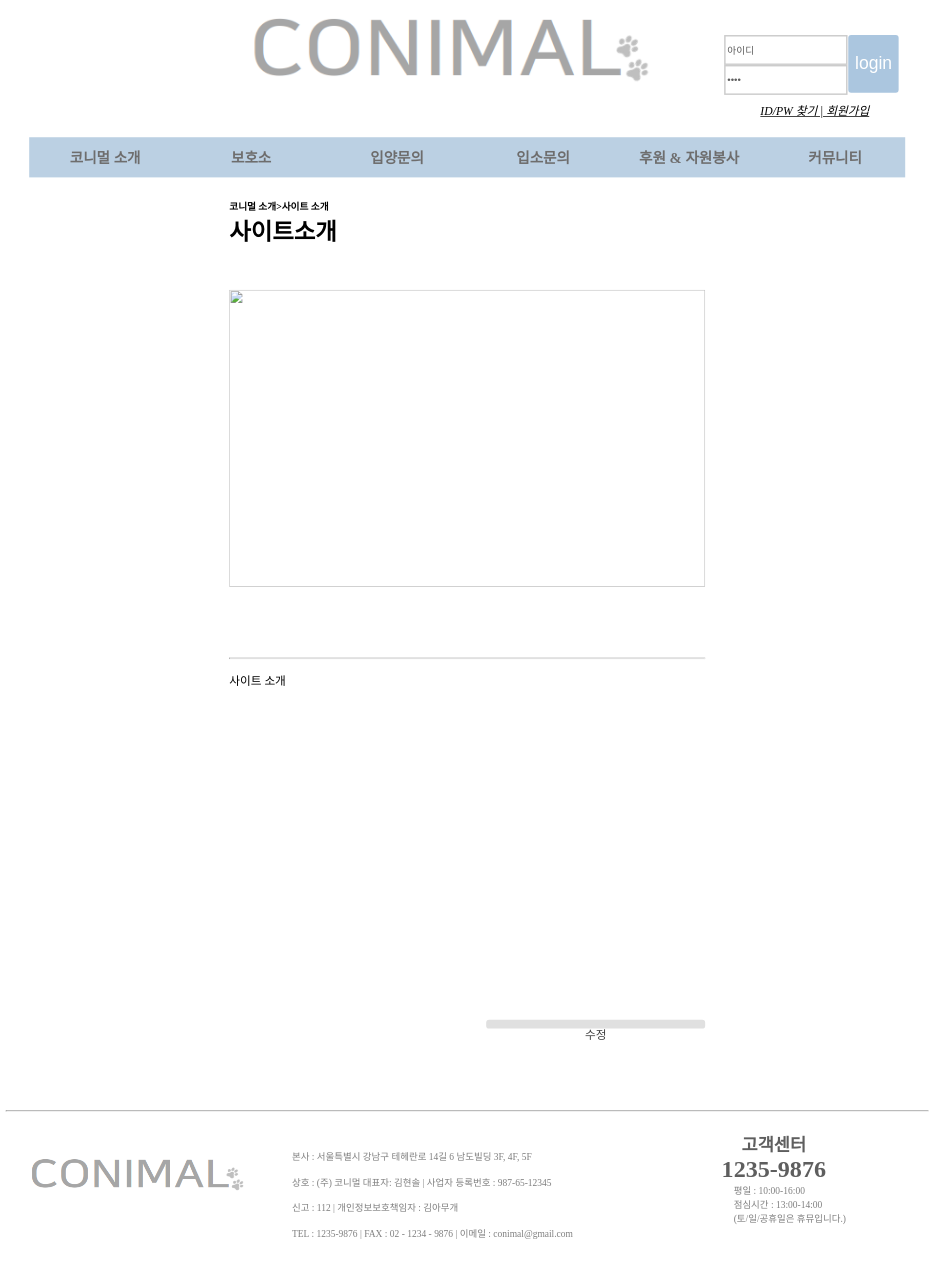
Repository: rlagusthf12/SemiProject
Page: http://localhost/jspProject/views/introduce/introduce.jsp
These files come from the project's save history. The page is drawn as it stood at one moment and after the next save; the edit follows.
The browser window is 1280 px wide. The pictures show the whole page, at 73% of full size.
The page is served by Tomcat 9. Other server files are loaded and not shown.

Above is the page before, as saved 2021-05-14 10:03:39.

### jspProject/WebContent/views/introduce/introduce.jsp
<%@ page language="java" contentType="text/html; charset=UTF-8"
    pageEncoding="UTF-8"%>
<!DOCTYPE html>
<html>
<head>
<meta charset="UTF-8">
<title>Insert title here</title>
<style>
	.body{
		width: 652px;
        height: 1240px;
        margin: 0 auto;
        margin-top:30px;
	}
  .introduceimg{
  	  width: 652px;
	  height:407px;

	  }
  h1,h5{
      margin: 0;
  }
  .head1{
  	width:100%;
  	height:10%;

  }
  .body1{
  	width:100%;
  	height:40%;
  }
  .body2{
  width:100%;
  height:40%;
  }
  .foot1{
  width:100%;
  height:10%;
  }
  .modifybutton{
    float:right;
    font-size: 16px;
    color: rgb(64, 64, 64);
    text-align: center;
    line-height: 2.5em;
    background-color: rgb(224, 224, 224);
    border:0px;
    border-radius: 4px;
    width:300px;
    height:10%;
  }
</style>
</head>
<body>
  <%@ include file="../common/menubar.jsp" %>
  <div class="body">

  <div class="head1">
  <h5>코니멀 소개>사이트 소개</h5>
  <h1>사이트소개</h1>

  </div>
	<div class="body1">
  <img src="" class="introduceimg">

  </div>
  <div class="body2">
  <hr>
  <p>
  	사이트 소개
  </p>
  </div>
  <div class="foot1">
  <button class="modifybutton">수정</button>
  </div>


  </div>
   <%@ include file="../common/footerbar.jsp" %>

</body>
</html>

### jspProject/WebContent/views/common/menubar.jsp
<%@ page language="java" contentType="text/html; charset=UTF-8"
    pageEncoding="UTF-8"%>
<!DOCTYPE html>
<html>
<head>
<meta charset="UTF-8">
<title>Insert title here</title>

<style>
    .on{
         width: 1200px;
         height: 180px;
         margin: 0 auto;
         }
    .mainLogo{

        margin-left: 302px;

    }

    .login {
        float:right;
        margin-top:40px;
     }
   #loginform>*{

    float:left;
    }
    .id_pwd{width: 65%; height: 70px; } .loginbtn{width: 35%;}

    .pwd,.id{
        color: rgb(94, 94, 94);
        border-style: solid;
        border-color: rgb(204, 204, 204);
        width:100%;
        height:50%;
    }
    .loginbtn>input{
        font-size: 24px;
        width: 80%;
        height: 100%;
        color: rgb(255, 255, 255);
        line-height: 3.2em;
        background-color: rgb(171, 198, 223);
        text-align: center;
        border-radius: 4px;
        border:0px;
    }

    .find{
    text-decoration-line: underline;
    font-style: italic;
    font-size: 16px;
    line-height: 3.2em;
    }

    .navi{
            width: 1200px; height: 55px;
            background-color: rgb(187, 208, 227);
            margin: 0 auto;
     }
     #navi1{
            list-style-type:none;
            margin:0;
            padding:0;
            height:100%;
            text-decoration:none;

        }

        #navi1>li{
            margin-left: 8px;
            float:left;
            width:16%;
            height:100%;
            text-align:center;
        }
        #navi1 a{
            line-height: 2.8em;
            font-size: 20px;
            color: rgb(110, 109, 109);
            font-family: HanSans;
            width: 16.6%;
            font-weight: bold;
            cursor:pointer;
            height:100%;
            width:100%;
            display:block;
            text-decoration:none;
            z-index: 6;
        }
        #navi1 a:hover{color: white;}
        #navi1>li>ul{
            list-style-type:none;
            display:none;
            margin-top:0px;
            padding:10px;
            background-color: rgb(184, 183, 183);
            font-family: HanSans;
            line-height: 2.8em;
            font-size: 20px;
            position: relative;
            z-index: 6;
        }
        #navi1>li>ul a{font-size:15px;}
        #navi1>li>a:hover+ul{display:block;}
        #navi1>li>ul:hover{display:block;}
     </style>
</head>

<body>

            <div class="on">

                    <image src="resources/images/mainLogo.png" width="558px" height="120px" class="mainLogo">

                        <div class="login" align="center">

                            <form action="" id="loginform">

                                <div class="id_pwd">
                                    <input type="text" class="id" value="아이디"><br>
                                    <input type="password" class="pwd" value="비밀번호" >
                                </div>

                                <div class="loginbtn">
                                    <input type="submit" value="login">
                                </div>
                            </form>
                            <span class="find">ID/PW 찾기 | 회원가입</span>
                        </div>

            </div>
            <div class="navi">
                    <ul id="navi1" >
                        <li><a href="">코니멀 소개</a></li>
                        <li><a href="">보호소</a></li>
                        <li><a href="">입양문의</a>
                            <ul>
                                <li><a href="">보호중인 동물</a></li>
                                <li><a href="">입양 절차</a></li>
                                <li><a href="">입양 신청</a></li>
                                <li><a href="">입양 후기</a></li>
                            </ul>
                        </li>
                        <li><a href="">입소문의</a>
                            <ul>
                                <li><a href="">입소 절차</a></li>
                                <li><a href="">입소 신청</a></li>
                            </ul>
                        </li>
                        <li><a href="">후원 &amp; 자원봉사</a>
                        <ul>
                            <li><a href="">자원봉사</a></li>
                            <li><a href="">후원</a></li>
                        </ul>
                      </li>
                        <li><a href="">커뮤니티</a>
                        <ul>
                            <li><a href="">자유 게시판</a></li>
                            <li><a href="">공지사항</a></li>
                            <li><a href="">고객센터</a></li>
                        </ul>
                    </li>
                    </ul>
            </div>


</body>
</html>

### jspProject/WebContent/views/common/footerbar.jsp
<%@ page language="java" contentType="text/html; charset=UTF-8"
    pageEncoding="UTF-8"%>
<!DOCTYPE html>
<html>
<head>
<meta charset="UTF-8">
<title>Insert title here</title>
<style>


 .footerbar{

         width: 1200px;
         height: 180px;
         margin: 0 auto;
     }
     .call{
         width:30%;
         height: 100%;
         float:left;
         margin-left: 60px;
     }

     .minLogo{

         padding-top: 30px;
         height: 100%;
         float:left;
     }
     .ex{
        width:40%;
        float:left;
        height:100%;
        padding-top: 25px;
    }
     .ect{

        font-size: 13px;
        color: rgb(127, 127, 127);
        text-align: left;
        width:450px;
        padding-left: 60px;

     }
     .ect2{
        font-weight: bold; font-size: 24px; text-align: center; color: rgb(94, 94, 94);
     }
     .ect3{
        font-weight: bold; font-size: 33px; text-align: center; color: rgb(94, 94, 94);
     }
     #al{
        width: 250px;
        padding-left: 125px;
     }


</style>
</head>
<body>
            <hr>
            <br>
            <div class="footerbar">
            <div class="minLogo">
                <div>
                 <image src="resources/images/mainLogo.png" width="300" height="60"></image>
                </div>
            </div>
            <div class="ex">
             <div class="ect">
                    본사 : 서울특별시 강남구 테헤란로 14길 6 남도빌딩 3F, 4F, 5F<br><br>

                    상호 : (주) 코니멀 대표자: 김현솔 | 사업자 등록번호 : 987-65-12345 <br><br>

                    신고 : 112 | 개인정보보호책임자 : 김아무개<br><br>

                    TEL : 1235-9876 | FAX : 02 - 1234 - 9876 | 이메일  :  conimal@gmail.com
              </div>
            </div>


            <div class="call">
                <div class="ect2" >
                    고객센터
                    <div class="ect3">
                    1235-9876

                    </div>
                </div>

                <div class="ect" id="al">
                    평일 : 10:00-16:00<br>
                    점심시간 : 13:00-14:00<br>
                    (토/일/공휴일은 휴뮤입니다.)
                </div>

            </div>
            </div>


</body>
</html>

After the next save:
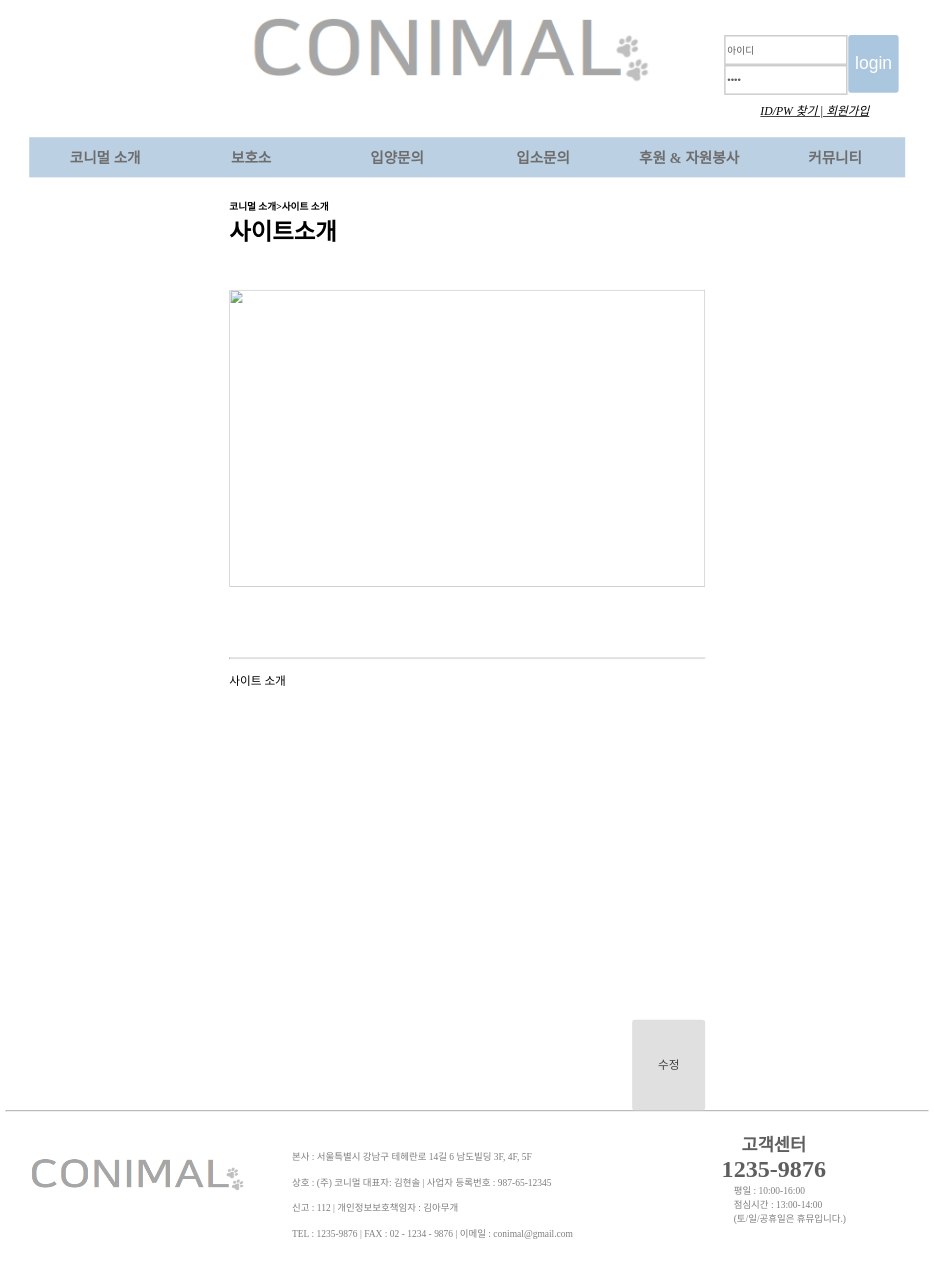
Saved 14 s later.
--- a/jspProject/WebContent/views/introduce/introduce.jsp
+++ b/jspProject/WebContent/views/introduce/introduce.jsp
@@ -46,8 +46,8 @@
     background-color: rgb(224, 224, 224);
     border:0px;
     border-radius: 4px;
-    width:300px;
-    height:10%;
+    width:100px;
+    height:100%;
   }
 </style>
 </head>
